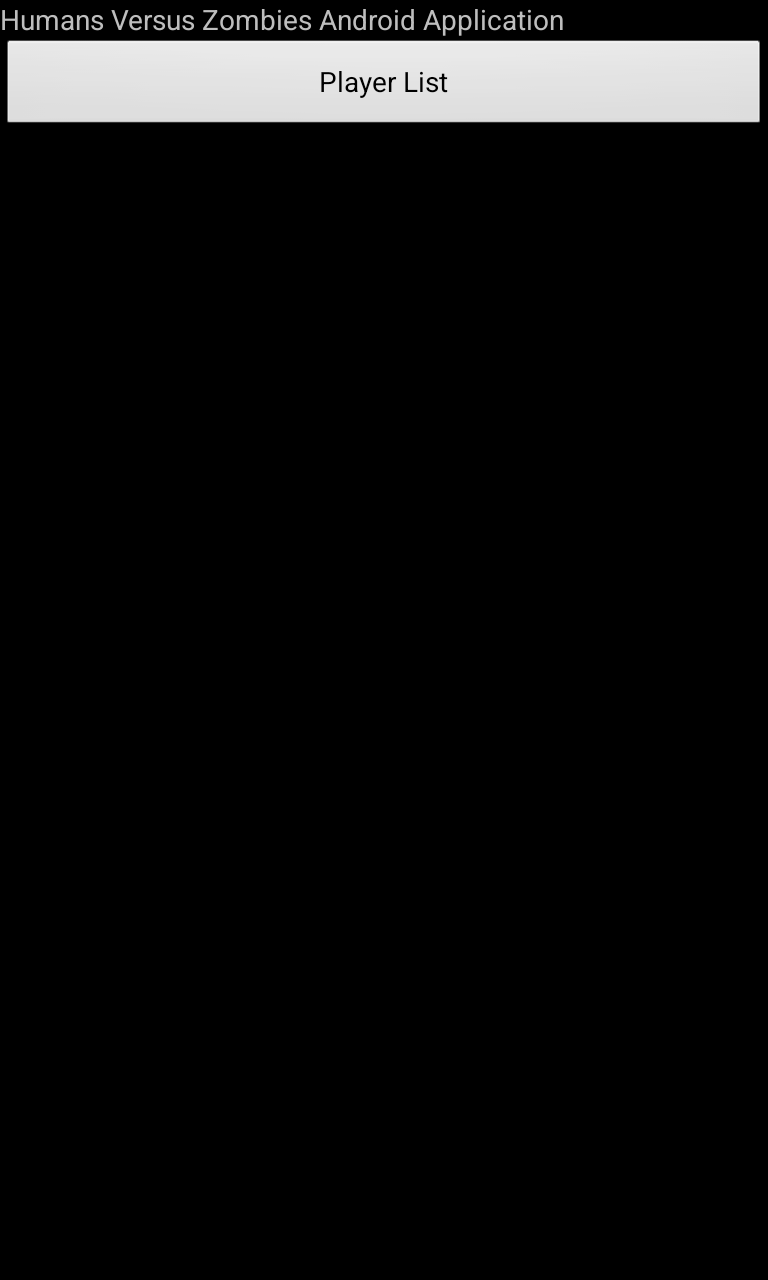
Repository: rolsen/HvZ
Layout: HvZ_phone/res/layout/main.xml
An editor plug-in stored every save of this project. The layout is shown before and after the next save, followed by the edit.
It is drawn on a 768 x 1280 px phone screen (xhdpi) without system bars, with theme android:Theme; the app's code is not run.

Above is the layout before, as saved 2011-11-05 00:06:56.

### HvZ_phone/res/layout/main.xml
<?xml version="1.0" encoding="utf-8"?>
<LinearLayout xmlns:android="http://schemas.android.com/apk/res/android"
    android:layout_width="fill_parent"
    android:layout_height="fill_parent"
    android:orientation="vertical" >

    <TextView
        android:layout_width="fill_parent"
        android:layout_height="wrap_content"
        android:text="@string/hello" />

    <LinearLayout
        android:id="@+id/linearLayout1"
        android:layout_width="match_parent"
        android:layout_height="wrap_content"
        android:orientation="vertical" >
    </LinearLayout>

    <Button
        android:id="@+id/button1"
        android:layout_width="match_parent"
        android:layout_height="wrap_content"
        android:text="Player List" />

</LinearLayout>

### HvZ_phone/res/values/strings.xml
<?xml version="1.0" encoding="utf-8"?>
<resources>

    <string name="hello">Humans Versus Zombies Android Application</string>
    <string name="app_name">HvZ</string>
	<string name="menu_text">Function call to get player list here!</string>
    <string name="menu_title">Player List Menu Title</string>
</resources>

After the next save:
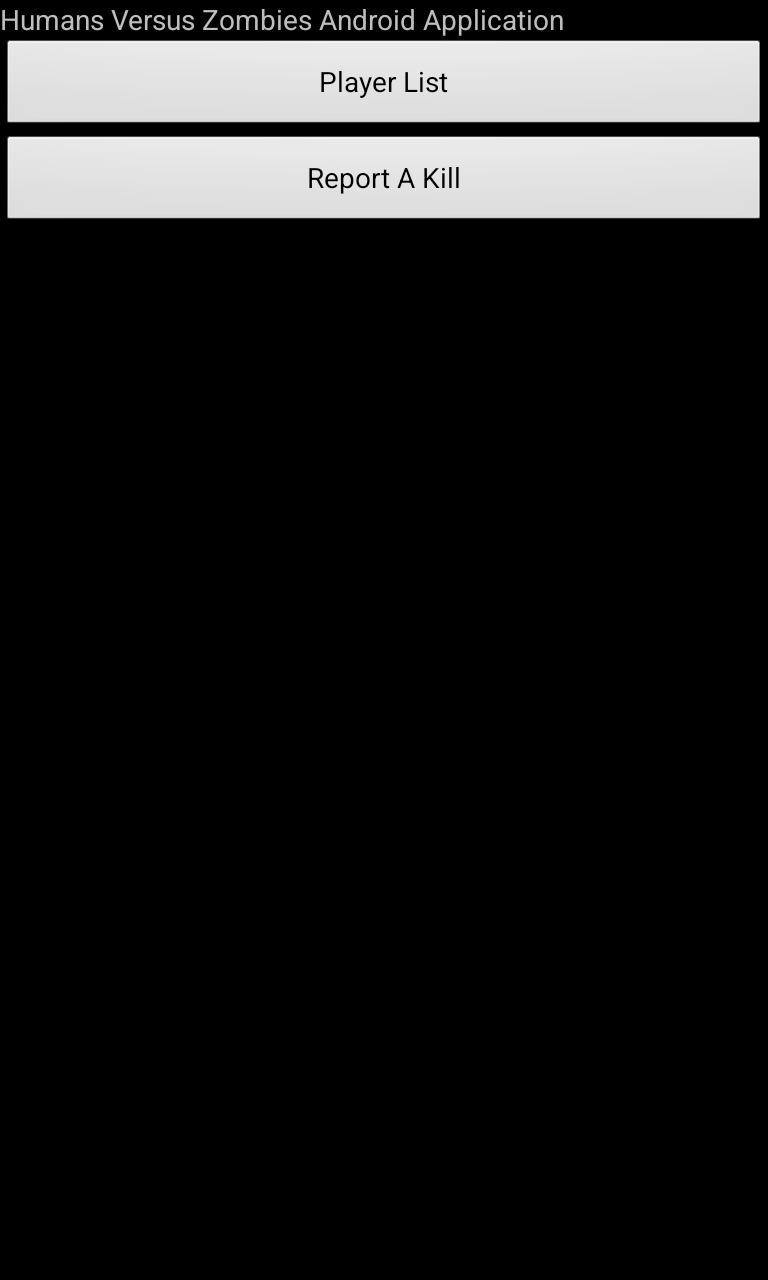
Saved 2 min 38 s later.
--- a/HvZ_phone/res/layout/main.xml
+++ b/HvZ_phone/res/layout/main.xml
@@ -21,5 +21,10 @@
         android:layout_width="match_parent"
         android:layout_height="wrap_content"
         android:text="Player List" />
+    <Button
+        android:id="@+id/button2"
+        android:layout_width="match_parent"
+        android:layout_height="wrap_content"
+        android:text="Report A Kill" />
 
 </LinearLayout>
